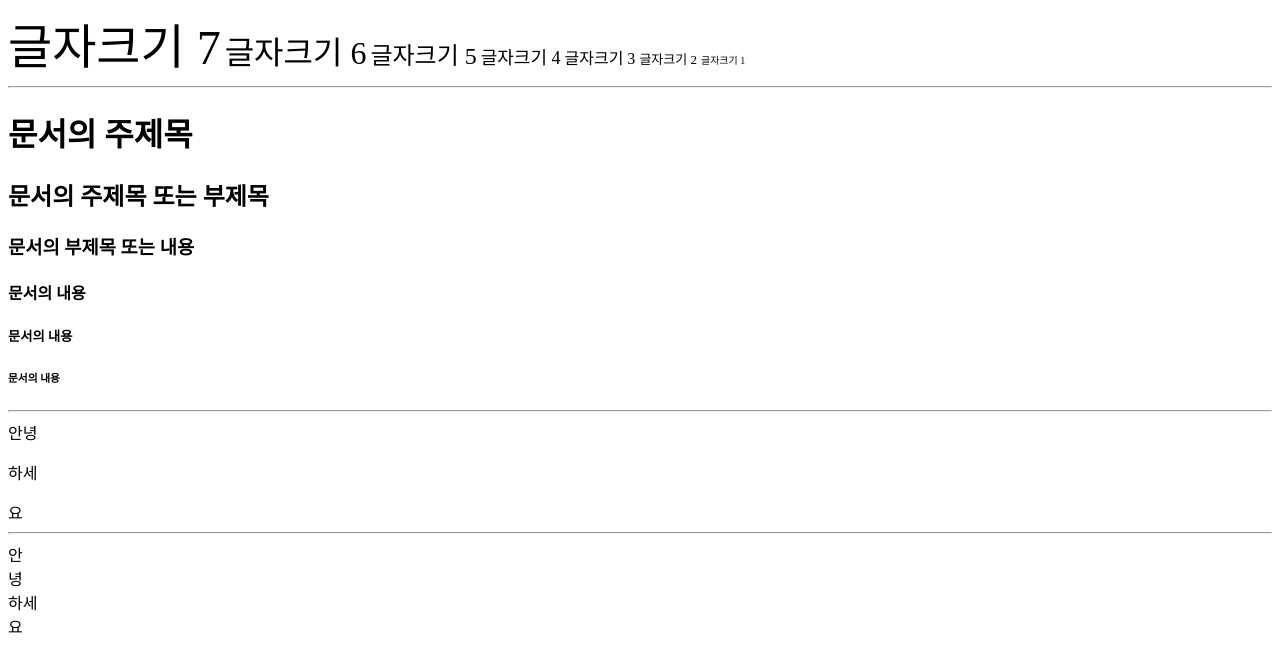
Repository: hui-Joo/html
Page: html/day01.html
These files come from the project's save history. The page is drawn as it stood at one moment and after the next save; the edit follows.
The browser window is 1280 px wide. The pictures show the whole page.

Above is the page before, as saved 2021-10-04 05:02:03.

After the next save:
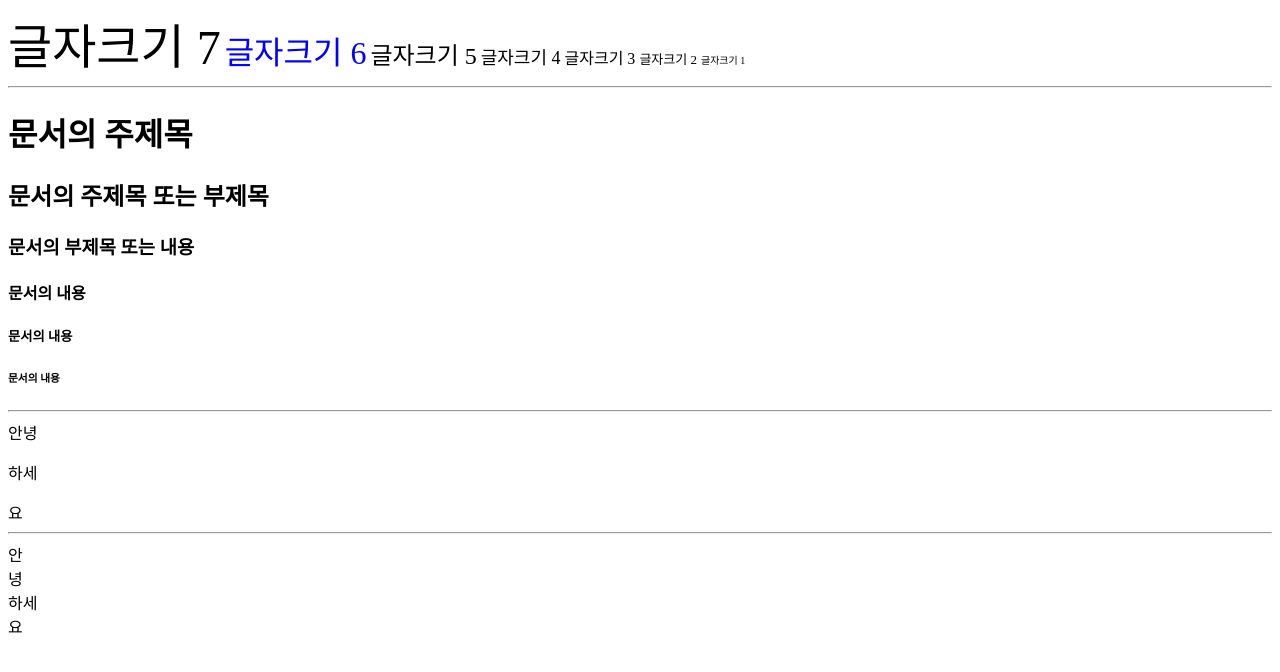
Saved 88 s later.
--- a/html/day01.html
+++ b/html/day01.html
@@ -10,7 +10,7 @@
 <body>
 
 <font size="7">글자크기 7</font>
-<font size="6">글자크기 6</font>
+<font size="6" face="궁서체" color='blue'>글자크기 6</font>
 <font size="5">글자크기 5</font>
 <font size="4">글자크기 4</font>
 <font size="3">글자크기 3</font>
